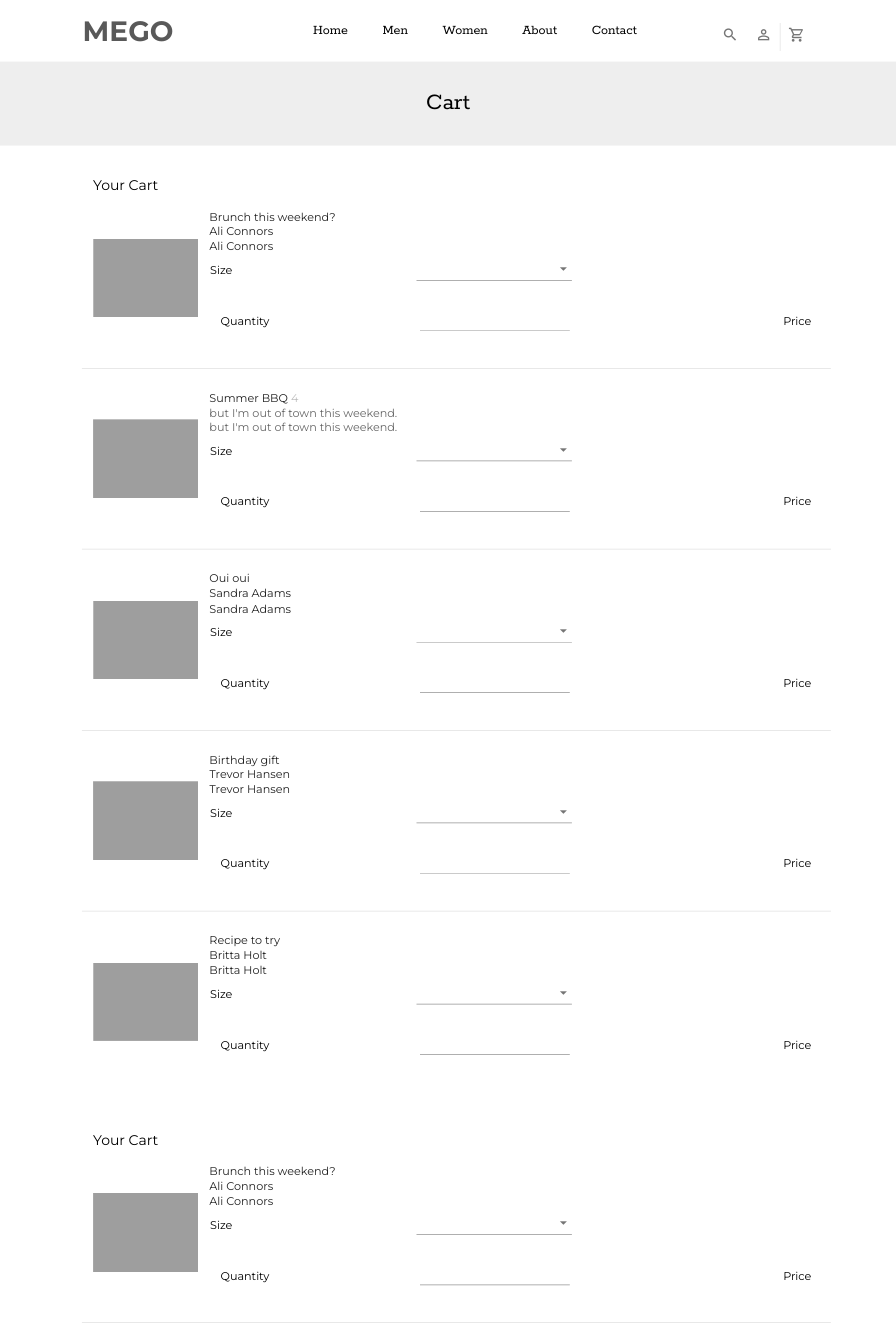
Repository: nguyenphuong152/mego-frontend
Page: /cart (app in frontend/)
The author's editor kept a copy of each file at every save. The page is drawn from the files as they stood at one save, then again after the next save.
The browser window is 1280 px wide. The pictures show the part of the page from y = 0 to 1920 px (the page is 3044 px tall before and 2804 px after), at 70% of full size.
Pictures or frames that could not be fetched are drawn as grey boxes. The project was rebuilt for these pictures with package versions that can differ from the ones it lists, and the page was loaded fresh each time. Also part of the build but not shown: frontend/vue.config.js, frontend/src/components/Customer/Collection.vue, frontend/src/components/Customer/Banner.vue, frontend/src/components/Customer/BestSeller.vue, frontend/src/components/Customer/Partner.vue, frontend/src/views/Customer/Home.vue, frontend/src/components/Customer/ProductCategory.vue, frontend/src/components/Customer/ProductView.vue and 10 more. Imported but missing from the stored project, and not drawn on this page: frontend/src/views/Admin/Category.vue, frontend/src/views/Admin/ManageProduct.vue, frontend/src/views/Admin/ManageUser.vue, frontend/src/views/Admin/OrderList.vue.

Above is the page before, as saved 2020-11-26 16:38:08.

After the next save:
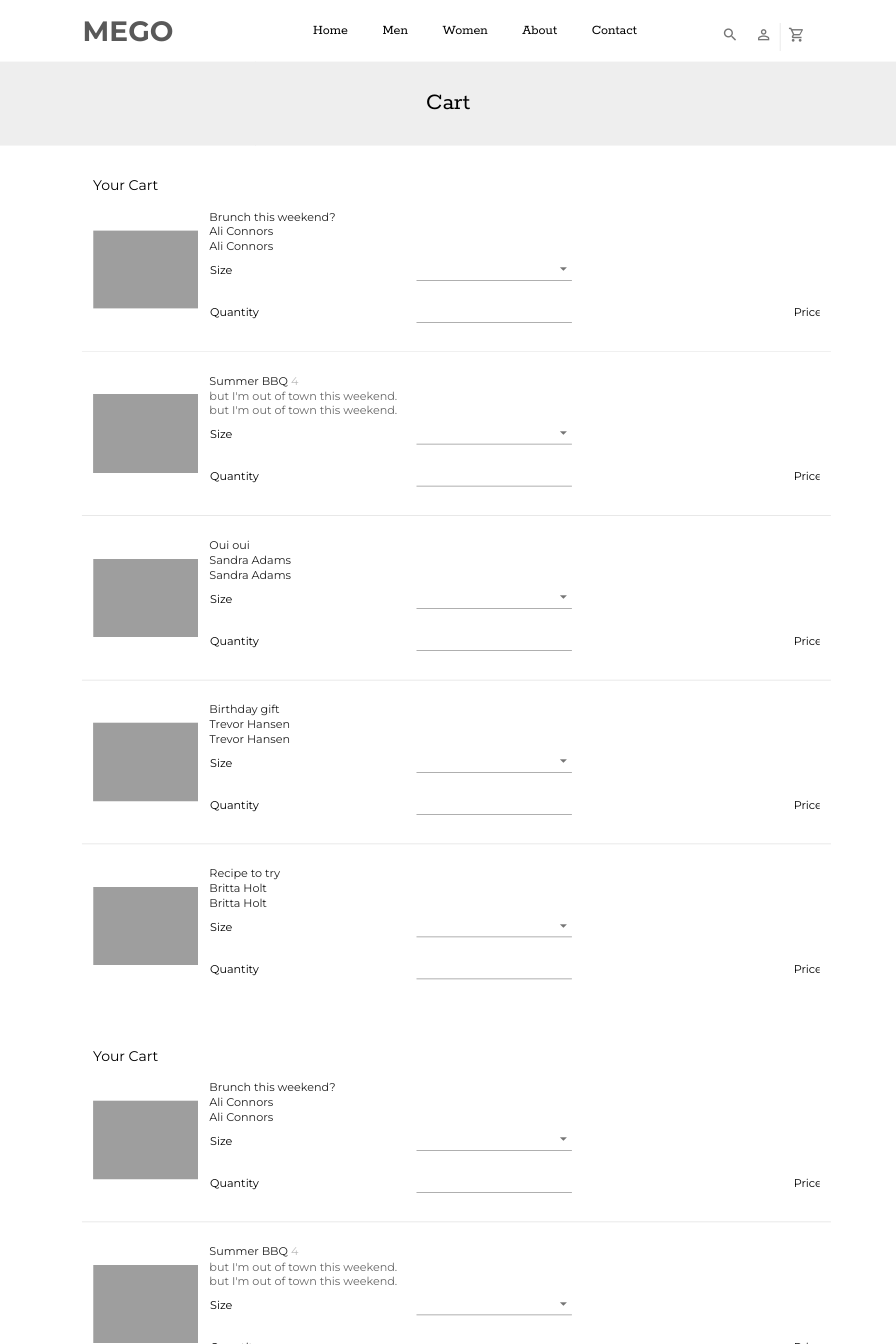
Saved 56 s later.
--- a/frontend/src/components/Customer/TotalProducts.vue
+++ b/frontend/src/components/Customer/TotalProducts.vue
@@ -34,7 +34,7 @@
                 <v-select :items="size"></v-select>
               </v-col>
             </v-row>
-            <v-container height="40">
+            <div height="30">
   <v-row class="pl-4 d-flex align-center">
               <v-col class="pa-0 admin " cols="4">
                 <a>Quantity</a>
@@ -46,7 +46,7 @@
                 <a> Price</a>
               </v-col>
             </v-row>
-            </v-container>
+            </div>
 
           </v-list-item-content>
         </v-list-item>
